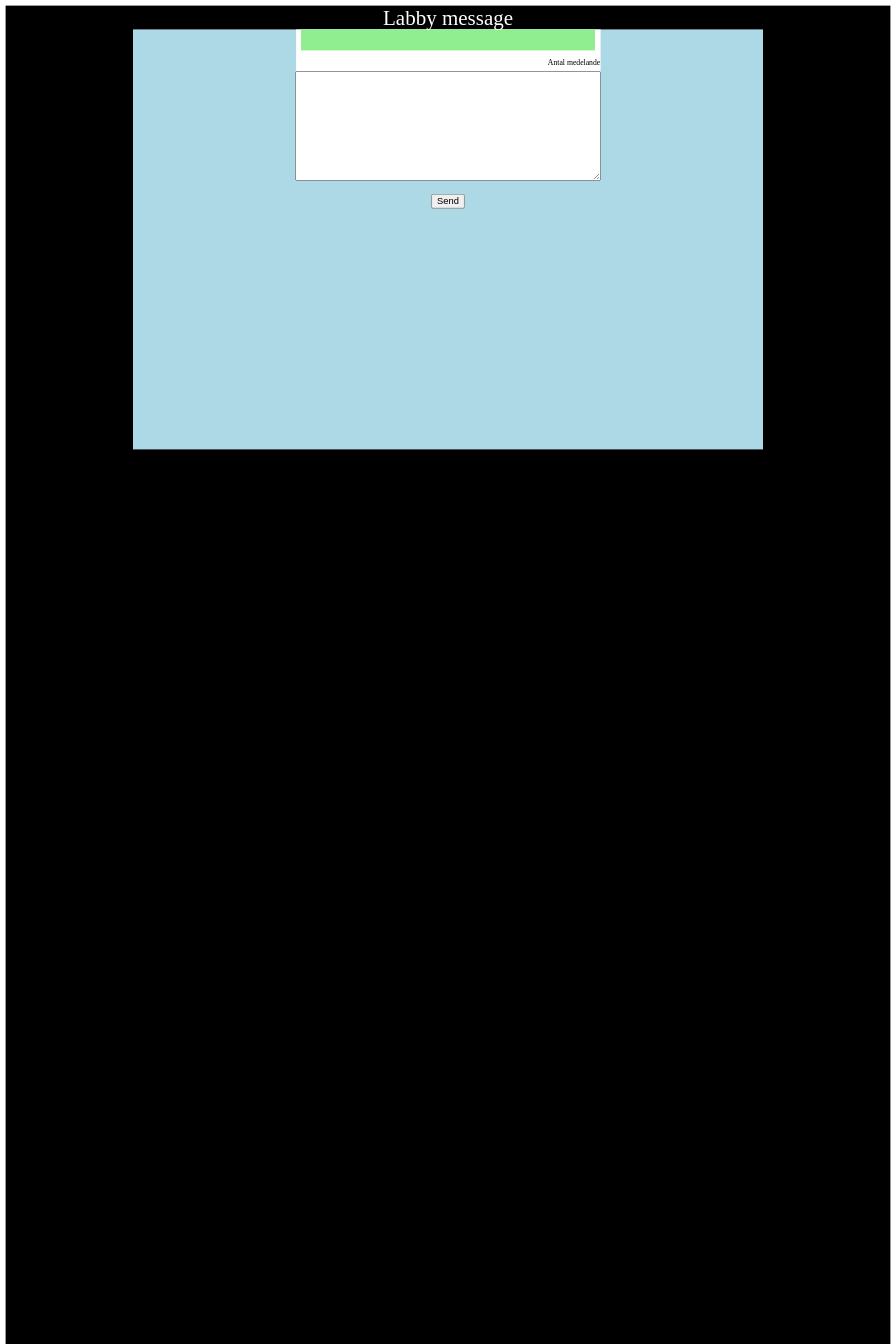
Repository: al223jw/1dv403-laborationer
Page: 2-labbymezzage/index.html
The author's editor kept a record of every edit. The page is drawn from the files as they stood at one moment, then again after the next edit.
The browser window is 1280 px wide. The pictures show the part of the page from y = 0 to 1920 px (the page is 9066 px tall), at 70% of full size.

Above is the page before.
Console error: SyntaxError: Unexpected token ')'

### 2-labbymezzage/index.html
<!DOCTYPE html>
<!DOCTYPE html>
<html lang="sv">
    <head>
        <meta name="viewport" content="width=device-width, initial-scale=1.0"/>
        <meta charset="utf-8"/>
        <title>Write-Message</title>

        <link rel="stylesheet" href="style.css"/>
        <script src="myJavascript.js"></script>
    </head>
        <body>
            <div id="container">
                <header>
                    Labby message
                </header>
                <div id="main">
                    <div id="area">
                        <div id="message">
                        </div>
                        <div id="counter">
                            <p>Antal medelande</p>
                        </div>
                    </div>
                    <textarea id="textarea" cols="49" rows="10">

                    </textarea><br>
                    <submit>
                    <input type="submit" value="Send"/>
                    </submit>
                </div>
            </div>
        </body>

</html>

### 2-labbymezzage/style.css
#container
{
    width:100%;
    height:9050px;
    background-color:black;
    text-align:center;
    font-size:30px;
    color:white;
}
#main
{
    width:900px;
    height:600px;
    margin-left:auto;
    margin-right:auto;
    background-color:lightblue;
}
#main p
{
    text-align:right;
    font-size:11px;
}
#submit
{
    float:right;
    margin-right:231px;
}
#textarea
{
    width:430px;
    height:150px;
}
#area
{
    background-color:white;
    width:435px;
    height:60px;
    margin-left:auto;
    margin-right:auto;
}
#message
{
    margin-left:auto;
    margin-right:auto;
    width:420px;
    height:30px;
    background-color:lightgreen;
}
#counter p
{
    text-align:right;
    font-size:px;
    color:black;
}

### 2-labbymezzage/myJavascript.js
"use strict";

var count = 0;
var submit = document.querySelector("#submit");
var countMessage = document.getElementById("counter");
var textMessage = document.getElementByID("textarea");
var oneObject = {}
var allMessages
var enter = document.getElementByID("textarea");
var messageholder = document.getElementById("area");

textMessage.value ="";
countMessage.innerHTML = "Antal medelande: " + count;

submit.addEventListener("click", function(e)
{
    if(textMessage.value === "")
    {
        e.preventDefault();
    }
    else
    {
        oneObject = new Message(textMessage.value), new Date());
        allMessages.push(oneObject);

        createMessage(allMessages.length-1);

        textMessage.value = "";
    }
});

enter.addEventListener("keydown", function(e)
{

    if(e.keyCode === 13 && !e.shiftKey)
    {
        e.preventDefault();
        if(textMessage.value !== "")
        {
            oneObject= new Message(textMessage.value, new Date());
            allMessages.push(oneObject);

            createMessage(allMessages.length-1);

            textMessage.value = "";
        }

    }
        else
        {
            console.log('ny rad');
        }
});

var createMessage = function(messageID)
{
    var text = document.createElement('p');
        text.className = "text";
        text.setAttribute('id', messageID);

    var image = document.createElement('img');
        image.src = "exit.png";
        image.className = "deletePic"+messageID;
        image.alt = "Delete";

    image.onclick = function()
    {
        var question = confirm("vill du verkligen radera meddelandet?");

        if(question === true)
        {

            messageRemove(messageID);
            text.parentNode.removeChild(text);
            createMessage(allMessages);
        }
        else
        {
            return false;
        }

    };

    var clock = document.createElement('img');
        clock.src = "clock.png";
        clock.className = "clockPic";
        clock.alt = "Time of message";

    clock.onclick = function()
    {
       alert("Inlägget skapades "+ allMessages[messageID].getDate().toUTCString());
    };

    var theClock = document.createElement('div');
        theClock.className = "theClock";
        theClock.innerHTML = allMessages[messageID].getDateText();

        text.innerHTML = allMessages[messageID].getHTMLText();
        messageholder.appendChild(text);
        text.appendChild(image);
        text.appendChild(clock);
        text.appendChild(theClock)

        count++;
        countMessage.innerHTML = "Antal meddelande: " + allMessages.length;

    var messageRemove = function(id)
    {
        allMessages.splice(id,1)
    };

    var fixMessage = function()
    {
        messageholder.innerHTML = "";

        for(var i = 0; i < allMessages.length; i++)
        {
            fixMessage(i);
        }
    };

};

After the next edit:
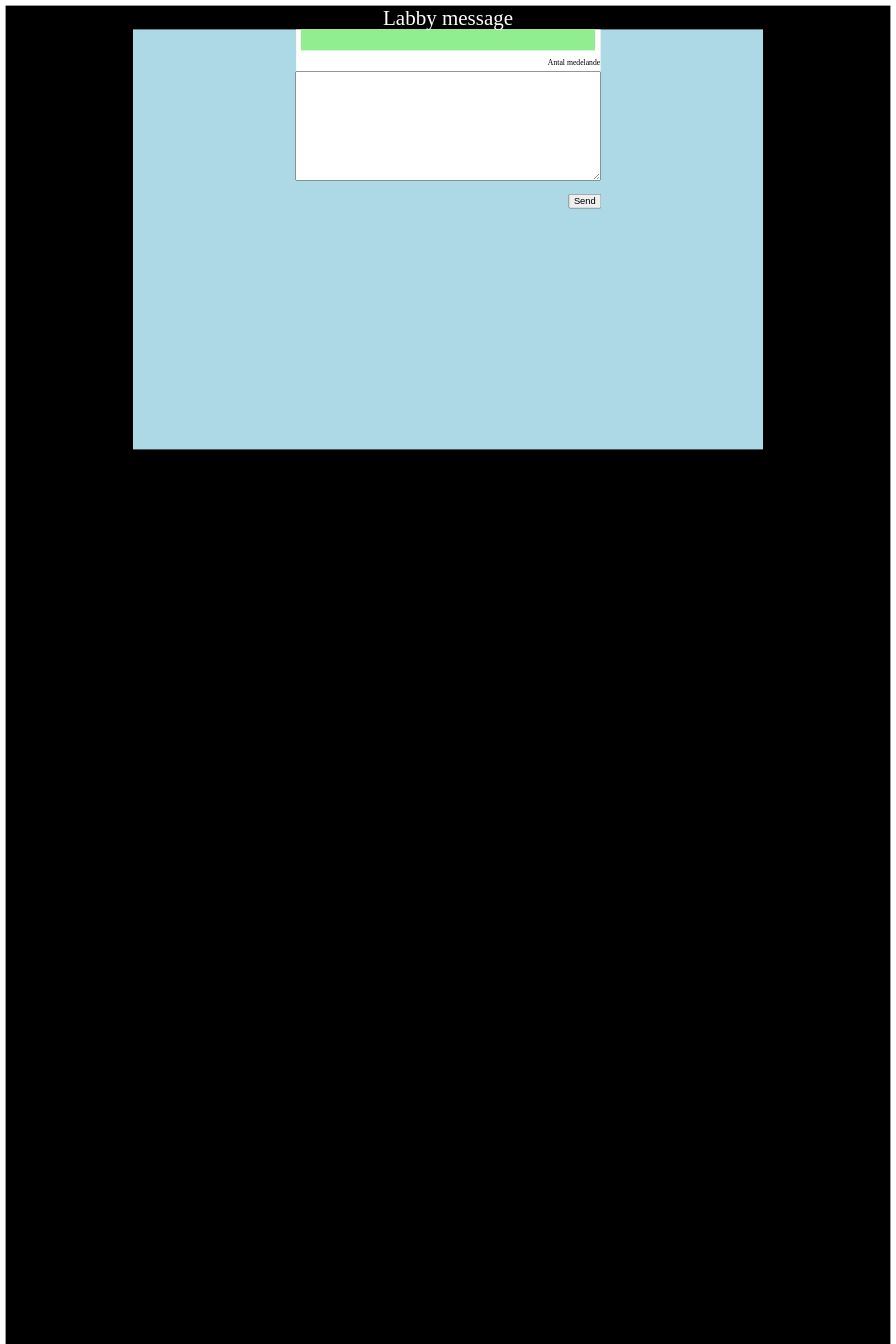
The edit:
--- a/2-labbymezzage/index.html
+++ b/2-labbymezzage/index.html
@@ -25,8 +25,8 @@
                     <textarea id="textarea" cols="49" rows="10">
 
                     </textarea><br>
-                    <submit>
-                    <input type="submit" value="Send"/>
+                    <div id="submit">
+                        <input type="submit" value="Send"/>
                     </submit>
                 </div>
             </div>
